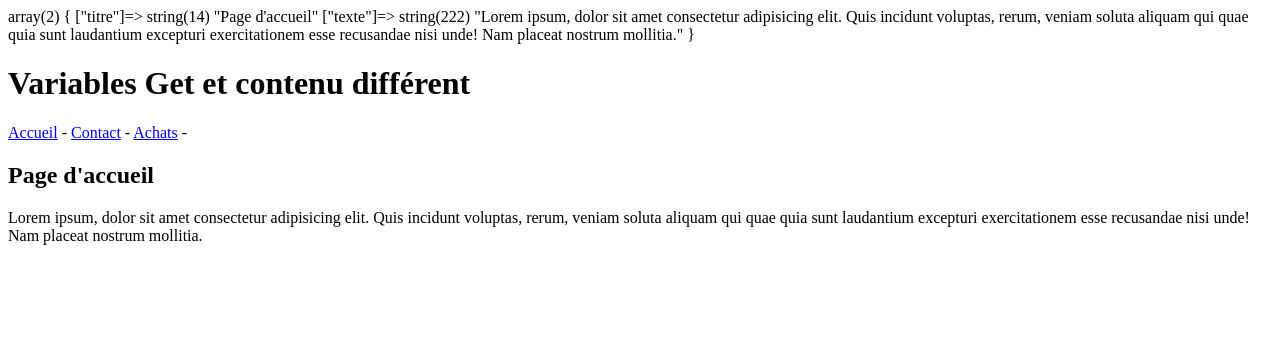
Repository: vicfir/base-php-2021
Page: http://localhost/11-variable-get-if.php?idpage=1
The author's editor kept a copy of each file at every save. The page is drawn from the files as they stood at one save, then again after the next save.
The browser window is 1280 px wide. The pictures show the whole page.
The page is run by PHP 8.4 with error messages shown; the project is at /var/www/html/.

Above is the page before, as saved 2021-09-06 14:37:20.

### 11-variable-get-if.php
<?php
// variable de contenu
$pages = [
    1 => [
        "titre" => "Page d'accueil",
        "texte" => "Lorem ipsum, dolor sit amet consectetur adipisicing elit. Quis incidunt voluptas, rerum, veniam soluta aliquam qui quae quia sunt laudantium excepturi exercitationem esse recusandae nisi unde! Nam placeat nostrum mollitia.",
    ],
    2 => [
        "titre" => "Contact",
        "texte" => "Lorem ipsum dolor sit amet consectetur adipisicing elit. Voluptatem, dignissimos ullam, voluptates, molestiae laboriosam quidem culpa ab deleniti ea eum eius? Natus ab saepe tempore non sequi unde amet eveniet!",
    ],
    3 => [
        "titre" => "Achats",
        "texte" => "Lorem ipsum dolor, sit amet consectetur adipisicing elit. Ipsum quo blanditiis, pariatur optio sapiente iure aliquid cumque minima at laudantium nulla quisquam quas doloremque culpa odio soluta enim provident eum.",
    ],

];

if (isset($_GET['idpage'])) {
    $id = (int) $_GET['idpage'];
    switch ($id) {
        case 0:
            $title = $pages[1]["titre"];
            $texte = $pages[1]["texte"];
            break;
        case $id:
            $title = $pages[$id]["titre"];
            $texte = $pages[$id]["texte"];
            break;
        default:
            $title = $pages[1]["titre"];
            $texte = $pages[1]["texte"];
    }
}

?>
<!DOCTYPE html>
<html lang="en">

<head>
    <meta charset="UTF-8">
    <meta http-equiv="X-UA-Compatible" content="IE=edge">
    <meta name="viewport" content="width=device-width, initial-scale=1.0">
    <title>Variables Get et contenu différent</title>
</head>

<body>
    <?php var_dump($pages[$id]); ?>
    <h1>Variables Get et contenu différent</h1>
    <nav><a href="?idpage=1">Accueil</a> - <a href="?idpage=2">Contact</a> - <a href="?idpage=3">Achats</a> -</nav>
    <h2><?= $title ?></h2>
    <p><?= $texte ?></p>
</body>

</html>

After the next save:
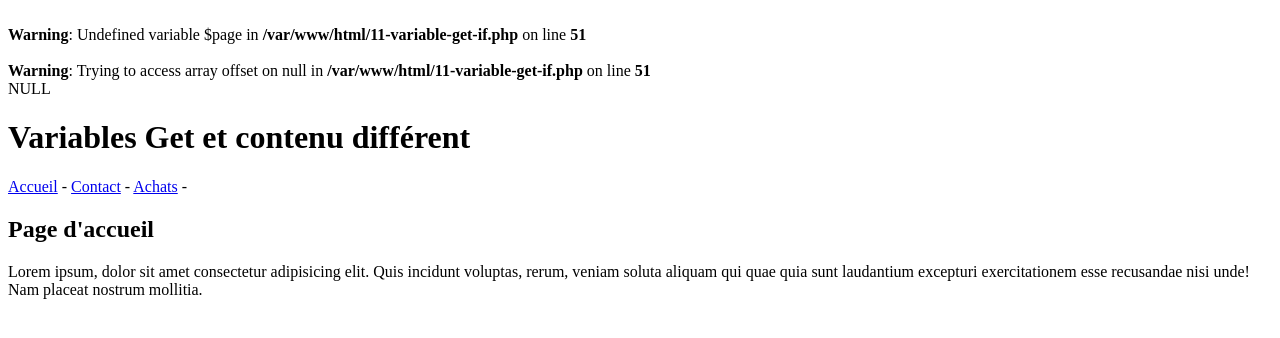
Saved 15 s later.
--- a/11-variable-get-if.php
+++ b/11-variable-get-if.php
@@ -18,6 +18,9 @@
 
 if (isset($_GET['idpage'])) {
     $id = (int) $_GET['idpage'];
+    if ($pages[$id] === null) {
+        $id = 0;
+    }
     switch ($id) {
         case 0:
             $title = $pages[1]["titre"];
@@ -45,7 +48,7 @@
 </head>
 
 <body>
-    <?php var_dump($pages[$id]); ?>
+    <?php var_dump($page[$id]); ?>
     <h1>Variables Get et contenu différent</h1>
     <nav><a href="?idpage=1">Accueil</a> - <a href="?idpage=2">Contact</a> - <a href="?idpage=3">Achats</a> -</nav>
     <h2><?= $title ?></h2>

After the save that followed:
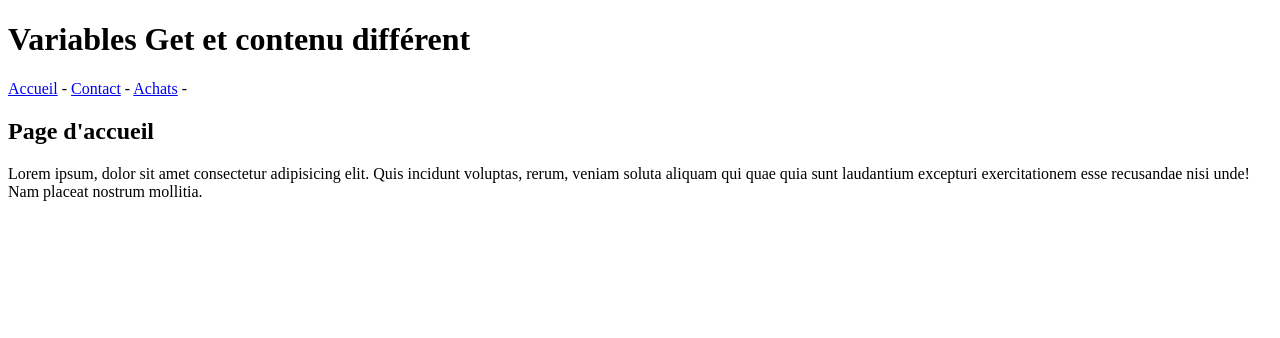
Saved 6 s later.
--- a/11-variable-get-if.php
+++ b/11-variable-get-if.php
@@ -48,7 +48,6 @@
 </head>
 
 <body>
-    <?php var_dump($page[$id]); ?>
     <h1>Variables Get et contenu différent</h1>
     <nav><a href="?idpage=1">Accueil</a> - <a href="?idpage=2">Contact</a> - <a href="?idpage=3">Achats</a> -</nav>
     <h2><?= $title ?></h2>
